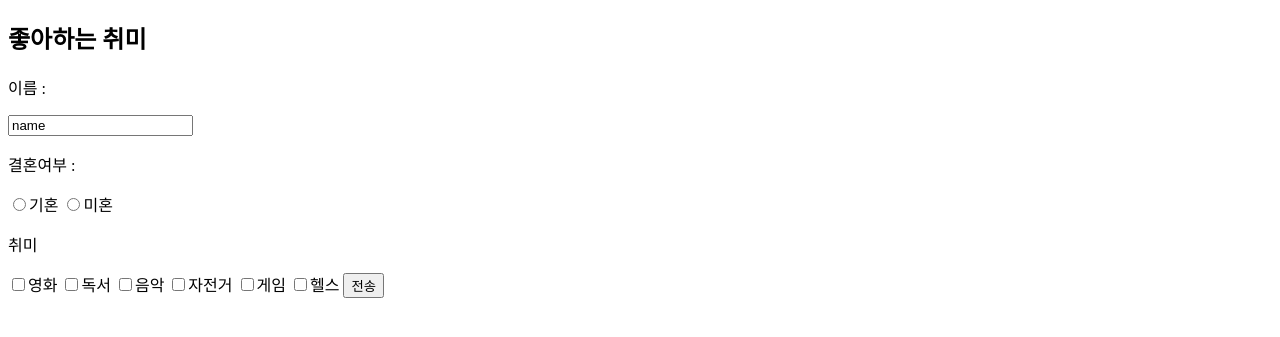
Repository: jdy0120/JSP
Page: http://localhost/basic/multi_args.jsp
An editor plug-in stored every save of this project. The page is shown before and after the next save, followed by the edit.
The browser window is 1280 px wide. The pictures show the whole page.
The page is served by Tomcat 9. Other server files are loaded and not shown.

Above is the page before, as saved 2020-11-24 07:52:31.

### work/basic/WebContent/multi_args.jsp
<%@ page language="java" contentType="text/html; charset=UTF-8"
    pageEncoding="UTF-8"%>
<!DOCTYPE html PUBLIC "-//W3C//DTD HTML 4.01 Transitional//EN" "http://www.w3.org/TR/html4/loose.dtd">
<html>
<head>
<meta http-equiv="Content-Type" content="text/html; charset=UTF-8">
<title>Insert title here</title>
</head>
<body>
<h2>좋아하는 취미</h2>
<form action="multi" method="post">
	<p>이름 : </p><input type="text" value="name">
	<p>결혼여부 : </p><input type="radio" value="marry">기혼
	<input type="radio" value="marry">미혼
	<p>취미</p>
	<input type="checkbox" value="hobby">영화
	<input type="checkbox" value="hobby">독서
	<input type="checkbox" value="hobby">음악
	<input type="checkbox" value="hobby">자전거
	<input type="checkbox" value="hobby">게임
	<input type="checkbox" value="hobby">헬스
	<button>전송</button>
</form>
</body>
</html>

After the next save:
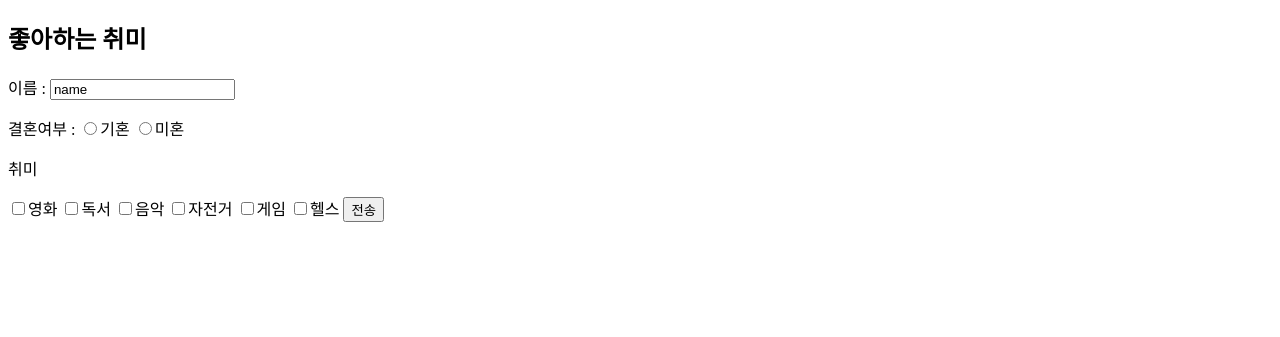
Saved 28 s later.
--- a/work/basic/WebContent/multi_args.jsp
+++ b/work/basic/WebContent/multi_args.jsp
@@ -9,9 +9,9 @@
 <body>
 <h2>좋아하는 취미</h2>
 <form action="multi" method="post">
-	<p>이름 : </p><input type="text" value="name">
-	<p>결혼여부 : </p><input type="radio" value="marry">기혼
-	<input type="radio" value="marry">미혼
+	<p>이름 : <input type="text" value="name"></p>
+	<p>결혼여부 : <input type="radio" value="marry">기혼
+	<input type="radio" value="marry">미혼</p>
 	<p>취미</p>
 	<input type="checkbox" value="hobby">영화
 	<input type="checkbox" value="hobby">독서
